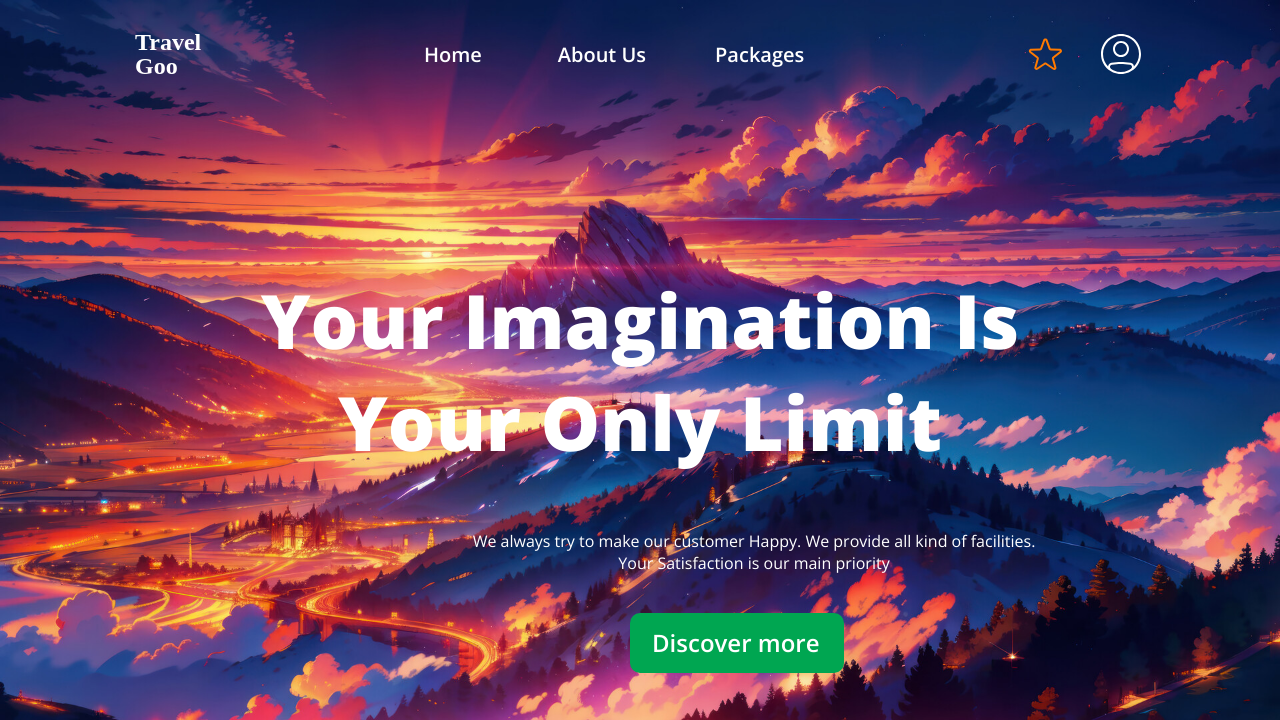
Repository: HeybetzadeQedim/task-3
Page: index.html
The author's editor kept a copy of each file at every save. The page is drawn from the files as they stood at one save, then again after the next save.
The browser window is 1280 px wide. The pictures show the whole page.
Some web fonts or font styles are not loaded; a fallback is used.

Above is the page before, as saved 2023-10-07 13:48:09.

### index.html
<!DOCTYPE html>
<html lang="en">
<head>
    <meta charset="UTF-8">
    <meta name="viewport" content="width=device-width, initial-scale=1.0">
    <title>Document</title>
    <link rel="stylesheet" href="./index.css"
</head>
<body>
    <div class="box-container">
        <nav>
            <p class="text-1">Travel<br> Goo</p>
            <ul>
                <li>Home</li>
                <li>About Us</li>
                <li>Packages</li>
            </ul>
            <div class="image-container">
                <img src="./images/clarity_favorite-line.svg">
                <img src="./images/healthicons_ui-user-profile-outline.svg">
            </div>
        </nav>
    <main>
        <h1>Your Imagination Is Your Only Limit</h1>
        <p class="text-2">We always try to make our customer Happy. We provide all kind of facilities. Your Satisfaction is our main priority</p>
        <p class="text-3">Discover more</p>
    </main>

    </div>


</body>
</html>

### index.css
@import url("https://fonts.googleapis.com/css2?family=Laila:wght@700&family=Open+Sans:wght@400;600;700;800&display=swap");
* {
  margin: 0;
  padding: 0;
  box-sizing: border-box;
}
.box-container {
  background-image: url(./images/sunset-mountain-landscape-scenery-ai-art-hd-wallpaper-uhdpaper.com-744@1@l.jpg);
  min-height: 100vh;
  background-size: 100% 100%;
}
nav {
  padding: 30px 135px;
  display: flex;
  justify-content: space-between;
  align-items: center;
}
.text-1 {
  color: #fff;
  /* margin-top: 32px;
  margin-left: 136px; */
  font-family: Laila;
  font-size: 24px;
  font-style: normal;
  font-weight: 700;
  line-height: 102.5%;
}
ul {
  display: flex;
  align-items: center;
  /* margin-left: 370px; */
  /* margin-top: 36px; */
}
ul li:nth-child(2) {
  margin-left: 76px;
  margin-right: 69px;
}
li {
  color: #fff;
  font-family: Open Sans;
  font-size: 20px;
  font-style: normal;
  font-weight: 600;
  line-height: normal;
  list-style-type: none;
}

.image-container {
  /* margin-left: 411px; */
  display: flex;
  align-items: center;
}
.image-container img:first-child {
  /* margin-top: 54px; */
  margin-right: 34px;
  width: 36px;
  height: 36px;
}
.image-container img:last-child {
  /* margin-top: 48px; */
  width: 48px;
  height: 48px;
}
h1 {
  color: #fff;
  /* margin-left: 360px; */
  width: 779px;
  margin: auto;
  margin-top: 160px;

  text-align: center;
  font-family: Open Sans;
  font-size: 75px;
  font-style: normal;
  font-weight: 800;
  line-height: normal;
}
.text-2 {
  color: #fff;
  margin-top: 57px;
  margin-left: 470px;
  width: 568px;
  text-align: center;
  font-family: Open Sans;
  font-size: 16px;
  font-style: normal;
  font-weight: 400;
  line-height: normal;
}
.text-3 {
  color: #fff;
  margin-left: 630px;
  margin-top: 39px;
  border-radius: 10px;
  background-color: #00a651;
  display: inline-block;
  padding: 13px 24px 14px 22px;
  text-align: center;
  font-family: Open Sans;
  font-size: 24px;
  font-style: normal;
  font-weight: 600;
  line-height: normal;
}

After the next save:
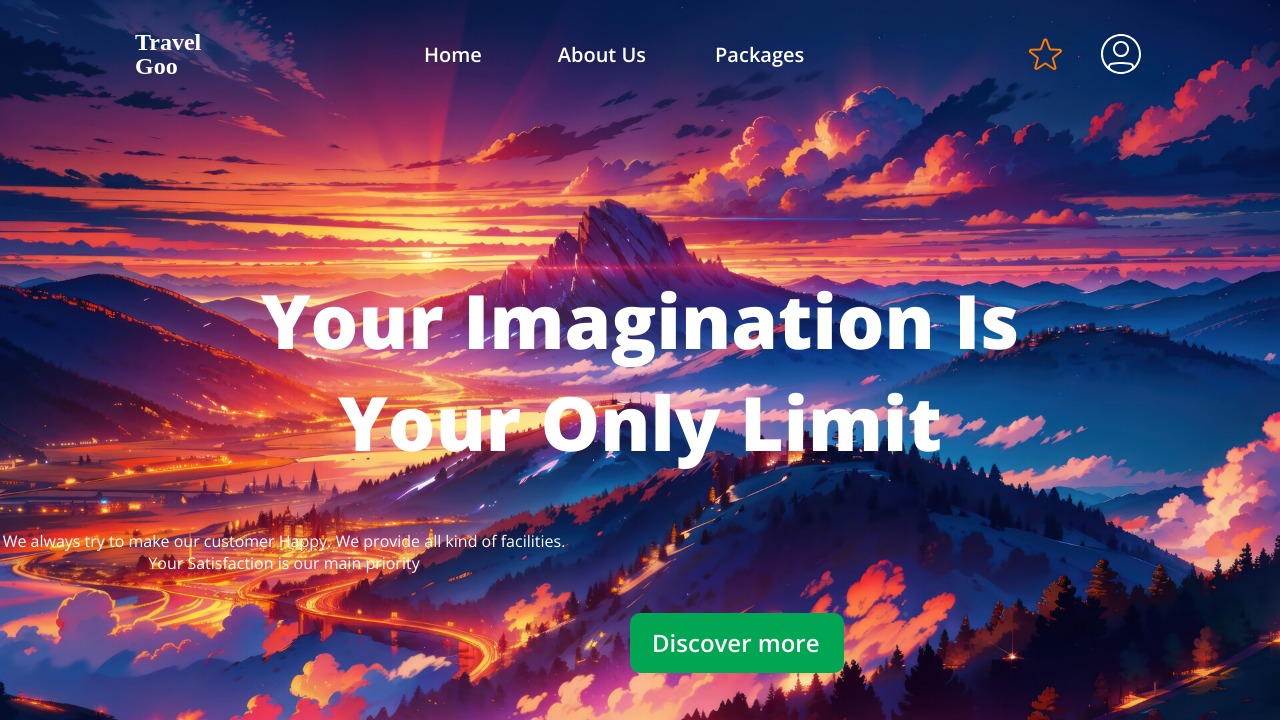
Saved 10 s later.
--- a/index.css
+++ b/index.css
@@ -78,7 +78,7 @@ h1 {
 .text-2 {
   color: #fff;
   margin-top: 57px;
-  margin-left: 470px;
+  /* margin-left: 470px; */
   width: 568px;
   text-align: center;
   font-family: Open Sans;
